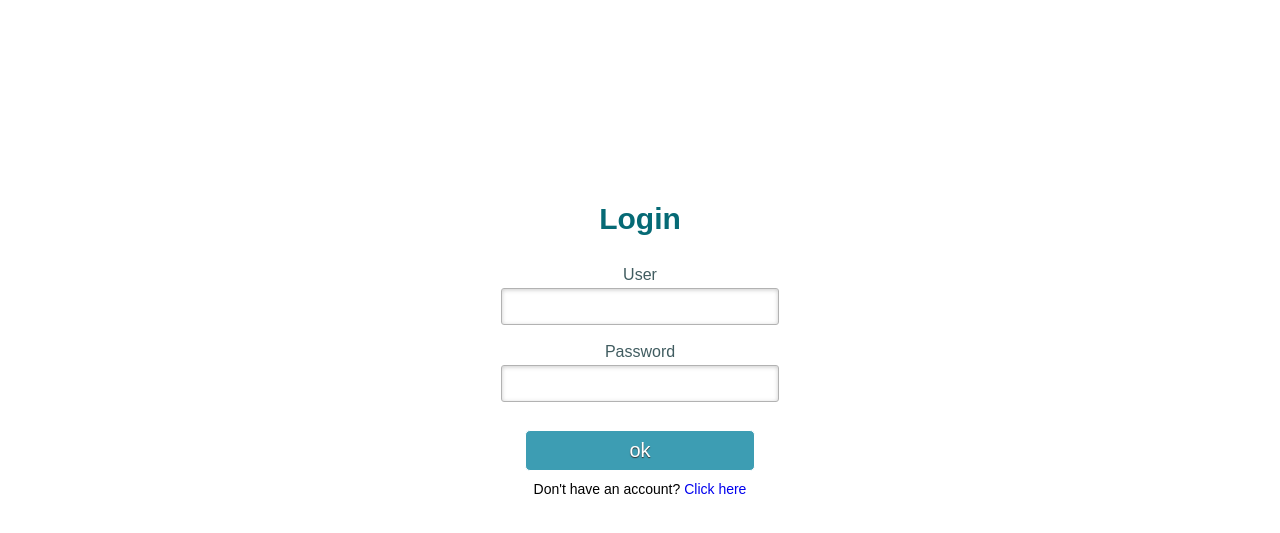
Repository: fontanive12/Biblioteca
Page: front/login.html
An editor plug-in stored every save of this project. The page is shown before and after the next save, followed by the edit.
The browser window is 1280 px wide. The pictures show the whole page.

Above is the page before, as saved 2022-09-07 18:11:35.

After the next save:
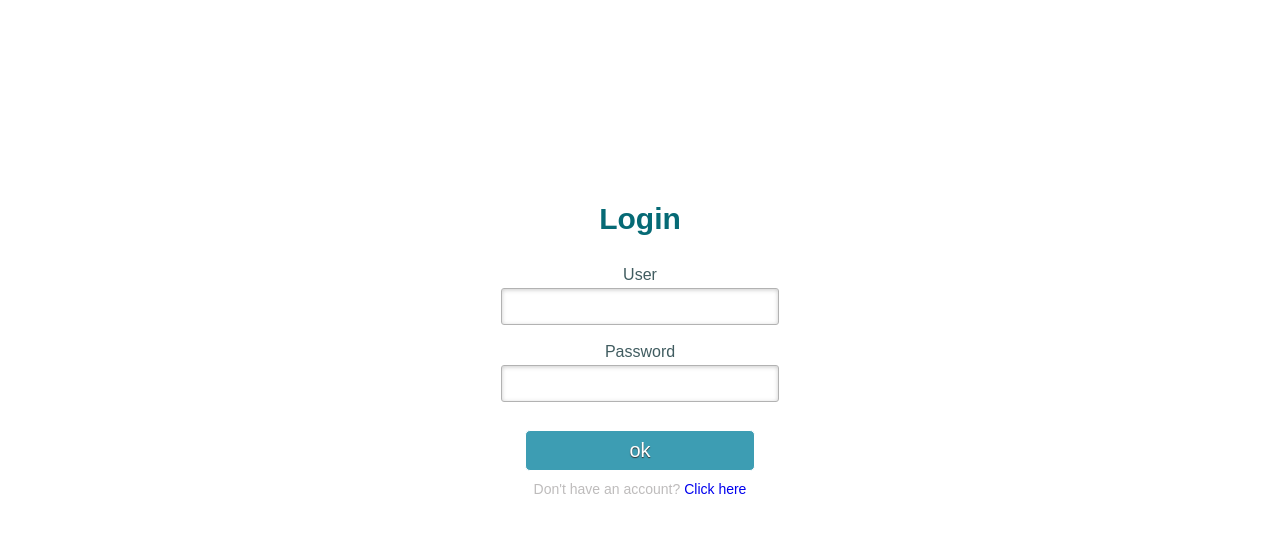
Saved 27 s later.
--- a/front/login.css
+++ b/front/login.css
@@ -15,6 +15,7 @@
 
   .newAccount {
     font-size: 14px;
+    color: #bebcbc;
   }
 
   /* remove a linha dos links */
